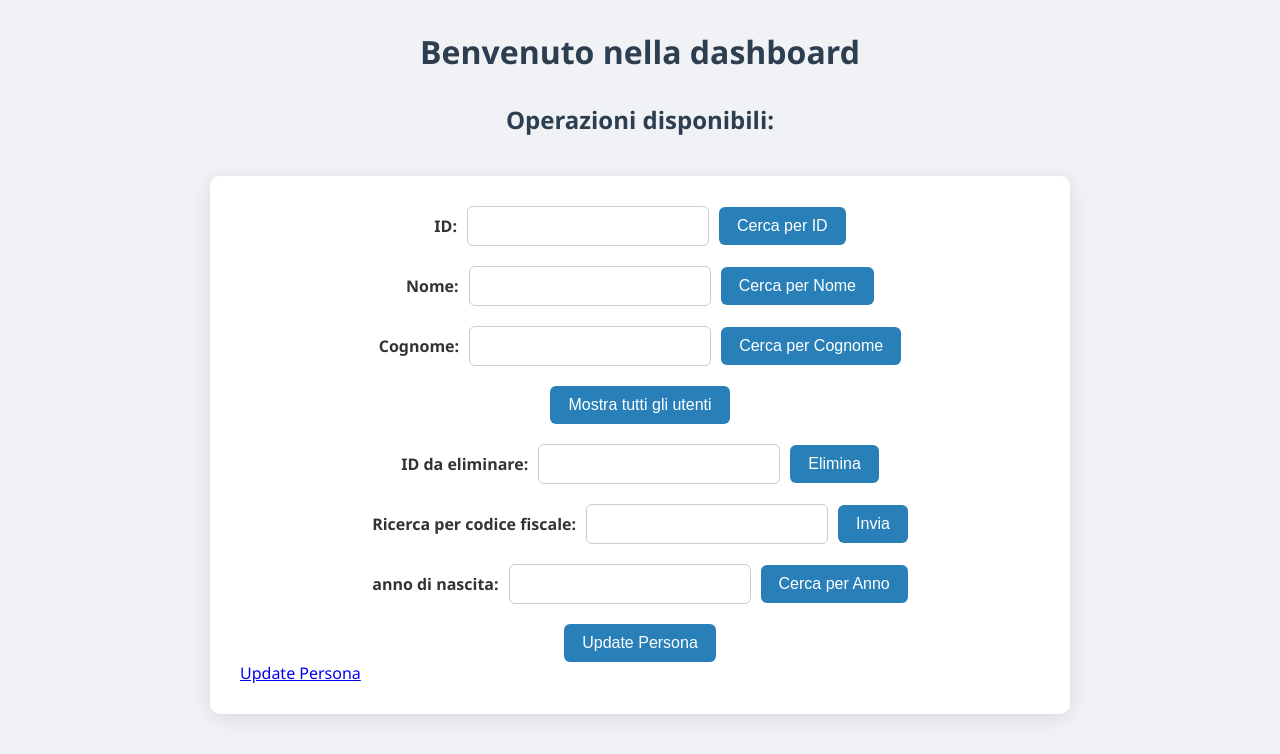
Repository: PcarloP/java_se
Page: http://localhost/anagraficaweb/dashboard.jsp
These files come from the project's save history. The page is drawn as it stood at one moment and after the next save; the edit follows.
The browser window is 1280 px wide. The pictures show the whole page.
The page is served by Tomcat 10.

Above is the page before, as saved 2025-06-22 22:14:17.

After the next save:
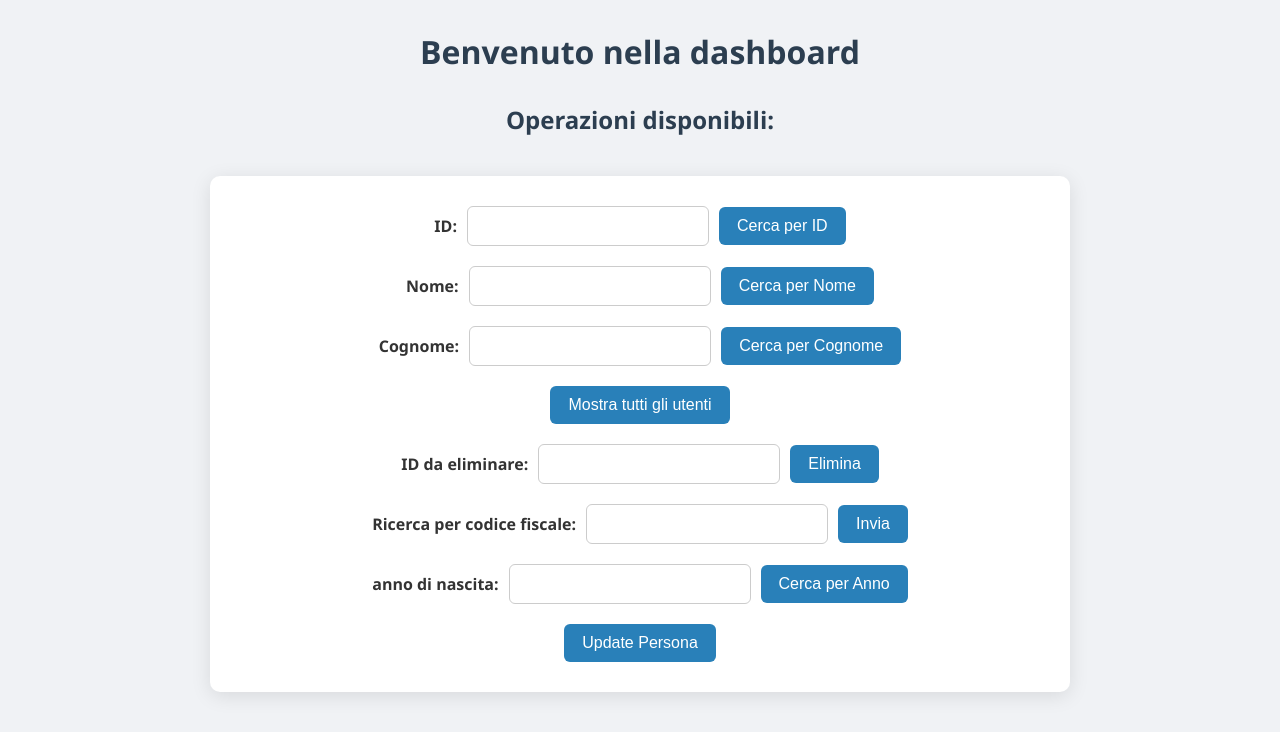
Saved 109 s later.
--- a/anagraficaweb/WebContent/dashboard.jsp
+++ b/anagraficaweb/WebContent/dashboard.jsp
@@ -80,7 +80,6 @@
 </div>
 
 
-<a href="<%=request.getContextPath()%>/update" class="button-link">Update Persona</a>
 
 
 
